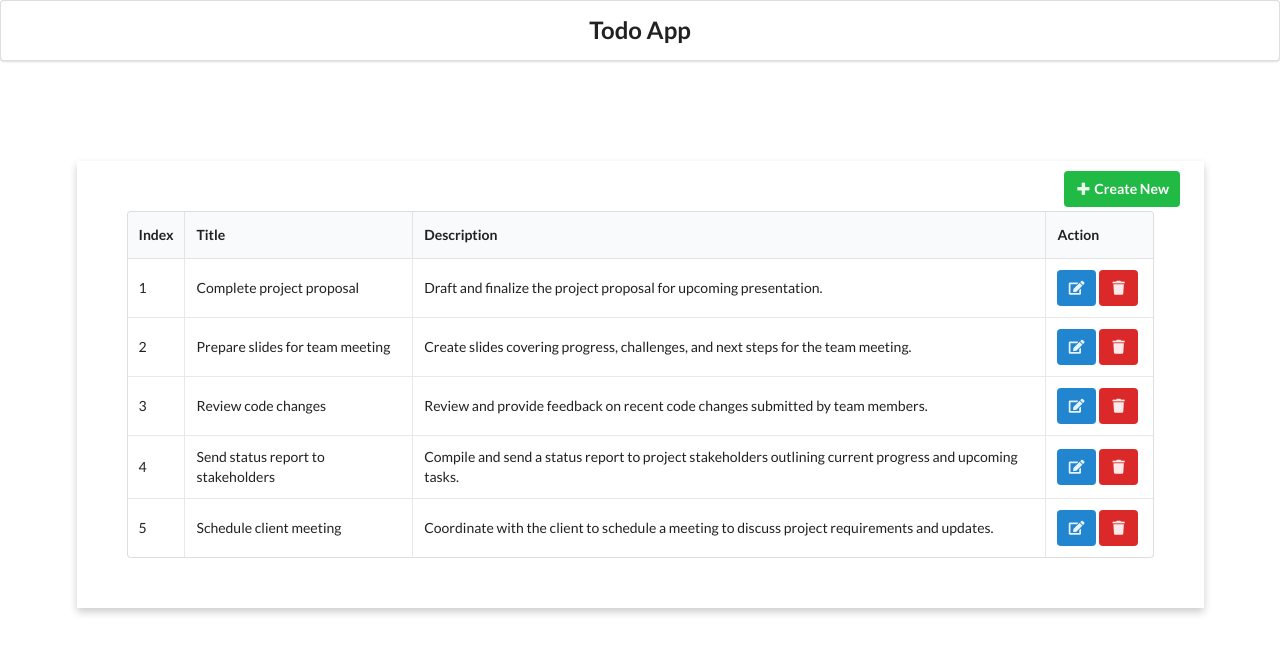
Repository: Wahid137/todo-app
Page: /
The author's editor kept a copy of each file at every save. The page is drawn from the files as they stood at one save, then again after the next save.
The browser window is 1280 px wide. The pictures show the whole page.
The project was rebuilt for these pictures with package versions that can differ from the ones it lists, and the page was loaded fresh each time. Also part of the build but not shown: src/App.css, src/index.css.

Above is the page before, as saved 2024-05-03 10:46:34.

After the next save:
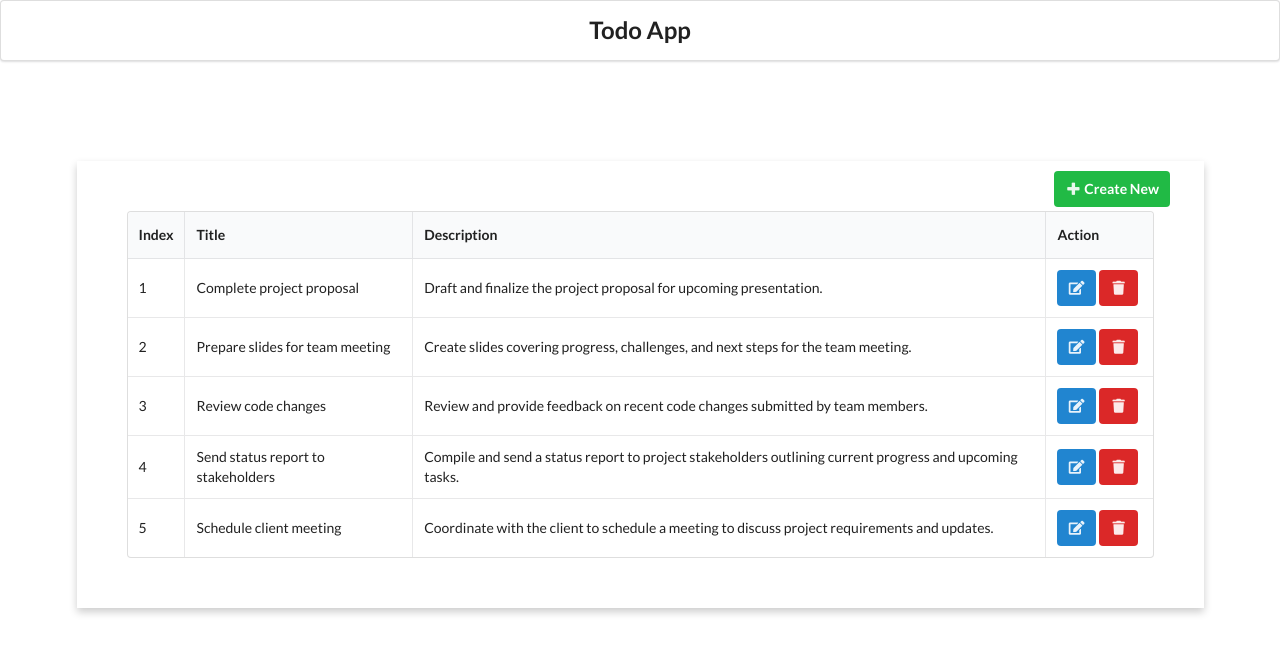
Saved 17 s later.
--- a/src/components/TodoListPage.js
+++ b/src/components/TodoListPage.js
@@ -41,7 +41,7 @@ const TodoListPage = () => {
                 <h2 style={{ textAlign: 'center' }}>Todo App</h2>
             </Segment>
             <Container style={{ boxShadow: '0 4px 8px 0 rgba(0, 0, 0, 0.2)', padding: '50px', marginTop: '100px', position: 'relative' }}>
-                <Button icon color='green' onClick={handleCreateNew} style={{ position: 'absolute', right: '20px', top: '10px', zIndex: '1' }}>
+                <Button icon color='green' onClick={handleCreateNew} style={{ position: 'absolute', right: '30px', top: '10px', zIndex: '1' }}>
                     <Icon name='add' /> Create New
                 </Button>
                 {showMessage &&
